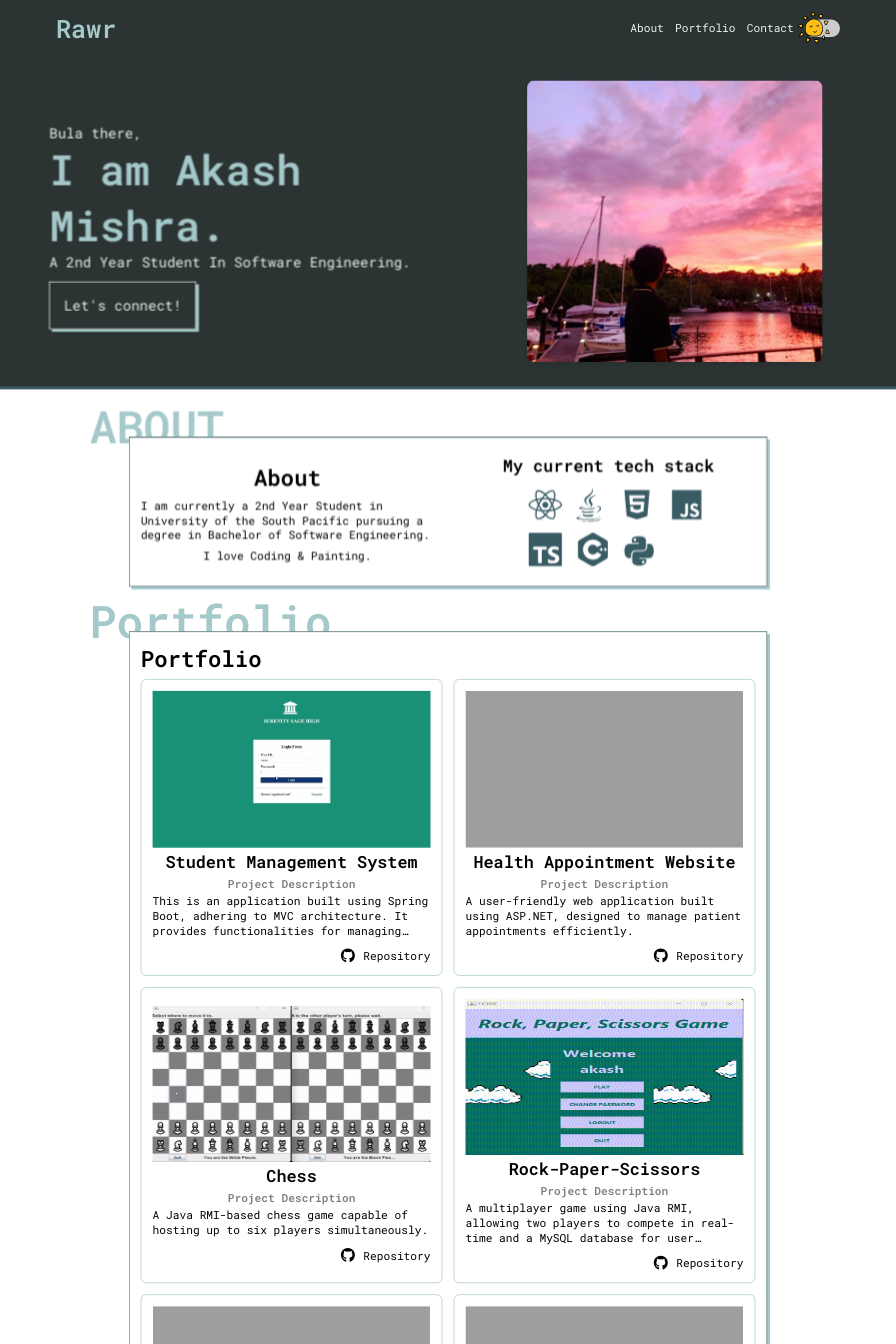
Repository: akashrawr/portfolio
Page: /
These files come from the project's save history. The page is drawn as it stood at one moment and after the next save; the edit follows.
The browser window is 1280 px wide. The pictures show the part of the page from y = 0 to 1920 px (the page is 3217 px tall), at 70% of full size.
Pictures or frames that could not be fetched are drawn as grey boxes. The project was rebuilt for these pictures with package versions that can differ from the ones it lists, and the page was loaded fresh each time.

Above is the page before, as saved 2024-12-12 12:23:16.

### public/index.html
<!DOCTYPE html>
<html lang="en">
  <head>
    <meta charset="utf-8" />
    <link rel="icon" href="%PUBLIC_URL%/favicon.ico" />
    <meta name="viewport" content="width=device-width, initial-scale=1" />
    <meta name="theme-color" content="#000000" />
    <meta
      name="description"
      content="Personal web Portfolio"
    />
    <link rel="apple-touch-icon" href="%PUBLIC_URL%/logo192.png" />
    <!--
      manifest.json provides metadata used when your web app is installed on a
      user's mobile device or desktop. See https://developers.google.com/web/fundamentals/web-app-manifest/
    -->
    <link rel="manifest" href="%PUBLIC_URL%/manifest.json" />
    <!--
      Notice the use of %PUBLIC_URL% in the tags above.
      It will be replaced with the URL of the `public` folder during the build.
      Only files inside the `public` folder can be referenced from the HTML.

      Unlike "/favicon.ico" or "favicon.ico", "%PUBLIC_URL%/favicon.ico" will
      work correctly both with client-side routing and a non-root public URL.
      Learn how to configure a non-root public URL by running `npm run build`.
    -->
    <title>akashrawr</title>
  </head>
  <body>
    <noscript>You need to enable JavaScript to run this app.</noscript>
    <div id="root"></div>
    <!--
      This HTML file is a template.
      If you open it directly in the browser, you will see an empty page.

      You can add webfonts, meta tags, or analytics to this file.
      The build step will place the bundled scripts into the <body> tag.

      To begin the development, run `npm start` or `yarn start`.
      To create a production bundle, use `npm run build` or `yarn build`.
    -->
  </body>
</html>

### src/App.css
@import url("https://fonts.googleapis.com/css2?family=Roboto+Mono:wght@300;400;600&display=swap");

:root {
  --primary-color: #2c3333;
  --secondary-color: #395b64;
  --accent-1: #a5c9ca;
  --accent-2: #e7f6f2;
  --neutral-1: black;
  --neutral-2: white;
  --neutral-3: white;
  --neutral-4: black;
  --icon-1: #395b64;

  --dark-primary-color: #121212;
  --dark-secondary-color: #1f1f1f;
  --dark-accent-1: #6c757d;
  --dark-accent-2: #adb5bd;
  --dark-neutral-1: #ffffff;
  --dark-neutral-2: #121212;
  --dark-neutral-3:#1f1f1f;
  --dark-neutral-4: #938f8f;
  --dark-icon-1: #938f8f;

}

*,
*::after,
*::before {
  margin: 0;
  padding: 0;
  font-family: "Roboto Mono", monospace;
  box-sizing: border-box;


}

html {
  scroll-behavior: smooth;
}

body {
  overflow-x: hidden;
  background-color: var(--neutral-3);
  color: var(--neutral-1);
  font-family: "Roboto Mono", monospace;
}

body.dark-mode {
  --primary-color: var(--dark-primary-color);
  --secondary-color: var(--dark-secondary-color);
  --accent-1: var(--dark-accent-1);
  --accent-2: var(--dark-accent-2);
  --neutral-1: var(--dark-neutral-1);
  --neutral-2: var(--dark-neutral-2);
  --neutral-3: var(--dark-neutral-3);
  --neutral-4: var(--dark-neutral-4);
  --icon-1:var(--dark-icon-1);
}


/* Navbar styles */

header {
  display: flex;
  align-items: center;
  justify-content: center;

  max-width: 100vw;
  background-color: var(--primary-color);
}

a {
  font-size: 14px;
  text-decoration: none;
}

h1 {
  font-family: "Roboto Mono", monospace;
}

.navbar-nav {
  display: flex;
  align-items: center;
  justify-content: space-between;
  background-color: var(--primary-color);
  padding: 1rem;
  width: 90%;
}

.nav-logo {
  grid-column: 1;
}

.nav-logo > h1 {
  font-size: 30px;
  color: var(--accent-1);
}

.primary-nav {
  display: flex;
  list-style: none;
  gap: 16px;

  grid-column: 2;
  justify-self: end;
}

.mobile-nav-toggle {
  display: none;
  cursor: pointer;
}

.nav-link:link,
.nav-link:visited {
  font-size: 16px;
  color: var(--accent-2);

  transition: 300ms ease-in-out;
}

.nav-link:hover {
  font-weight: 600;
  color: var(--accent-1);
}


/* Dark mode toggle button */
.theme-toggle {
  background: none;
  border: none;
  cursor: pointer;
  padding: 8px;
  display: flex;
  align-items: center;
}

.nav-icons {
  --size: 30px;
  width: var(--size);
  aspect-ratio: 1;
  cursor: pointer;
}



@media only screen and (max-width: 35em) {
  .primary-nav {
    position: fixed;
    inset: 0 0 0 0;
    flex-direction: column;

    padding: min(30vh, 6rem) 2rem;
    background-color: var(--primary-color);

    z-index: 9999;

    transform: translateX(100%);
    transition: transform 350ms ease-out;
  }

  .nav-link:link,
  .nav-link:visited {
    font-size: 20px;
    color: var(--accent-1);
  }

  .primary-nav[data-visible="true"] {
    transform: translateX(0%);
  }

  .mobile-nav-toggle[aria-expanded="true"] {
    background: url(mobile-icon-exit.svg) center center no-repeat;
  }

  .mobile-nav-toggle {
    display: block;
    position: absolute;
    background: url(mobile-icon.svg) center center no-repeat;

    width: 1.25rem;
    aspect-ratio: 1;

    border: none;

    top: 1.4rem;
    right: 2.5rem;
    z-index: 10000;

    transition: 250ms ease-in-out;
  }
}

/* Section styles */

section {
  display: flex;
  align-items: center;
  justify-content: center;

  max-width: 100vw;
  position: relative;
}

/* HERO */
/* HERO SECTION */
#hero {
  background-color: var(--primary-color);
  border-bottom: 4px solid var(--secondary-color);
  padding: 2.2rem;
}

/* Main container for text and image */
.hero-main-container {
  display: flex;
  flex-wrap: wrap;
  align-items: center;
  justify-content: space-between;
  gap: 16px;
}

/* Text Container */
.hero-container {
  flex: 1;
  display: flex;
  flex-direction: column;
  gap: 16px;
  padding: 2.2rem;
  width: 90%;
  height: 350px;
  animation: fade-in 500ms linear forwards;
}

.hero-text-container > h2 {
  font-size: 28px;
  color: var(--accent-1);
}

.hero-text-container > p {
  font-size: 12px;
  color: var(--accent-2);
}

.hero-button {
  align-self: flex-start;

  font-size: 14px;
  padding: 1em;

  color: var(--accent-2);
  background-color: transparent;

  border: 1px solid var(--accent-2);
  box-shadow: 4px 4px 0px var(--accent-1);

  transition: 300ms ease-in-out;
}

.hero-button:hover {
  background-color: var(--accent-2);
  color: var(--primary-color);
  box-shadow: 6px 6px 0px var(--secondary-color);
}

/* Image Container */
.hero-img {
  flex: 1;
  display: flex;
  justify-content: center;
  align-items: center;
}

.hero-image {
  max-width: 75%;
  height: auto;
  border-radius: 10px;
  box-shadow: 0 4px 8px rgba(0, 0, 0, 0.1);
}

/* Responsive Styles */
@media screen and (max-width: 768px) {
  .hero-main-container {
    flex-direction: column;
  }

  .hero-img {
    margin-top: 20px;
  }

  .hero-text-container {
    text-align: left;
  }
}
.hero-text-container > h2 {
  font-size: 20px;
  color: var(--accent-1);
}
.project-card > h3 {
  font-size: 12px;
  color: var(--secondary-color);
}

/* ABOUT */

#about {
  padding: 2rem;
  margin-top: 36px;
  animation: fade-in 500ms linear forwards;

}

.wave-asset {
  width: 100%;
  position: absolute;

  top: 0;
  left: 0;
}

.about-container {
  display: flex;
  align-items: center;
  justify-content: center;
  background-color: var(--neutral-2);
  width: 90%;
  z-index: 999;
}

.about-card,
.portfolio-card,
.contact-card {
  display: flex;
  flex-direction: column;
  gap: 16px;
  border: 1px solid var(--secondary-color);
  background-color: var(--neutral-2);

  width: 100%;
  padding: 1rem;

  box-shadow: 4px 4px 0px var(--accent-1);
}

.about-content,
.portfolio-content {
  width: 100%;
  display: flex;
  flex-direction: column;
  gap: 8px;
}

.about-content > h2,
.about-content > h3 {
  color: var(--neutral-4);
}

.about-content > p {
  font-size: 12px;
  color: var(--neutral-4);
}

.tech-stack-grid {
  width: 65%;
  display: grid;
  grid-template-columns: repeat(4, 1fr);
  place-items: center;
}

.tech-stack {
  --size: 30px;
  width: var(--size);
  aspect-ratio: 1;
}

/* Portfolio container */

#portfolio {
  padding: 2rem;
  animation: fade-in 500ms linear forwards;
}

.portfolio-container {
  width: 90%;
  z-index: 999;
}

.project-container {
  display: grid;
  grid-template-columns: repeat(2, 1fr);
  gap: 16px;
}

.portfolio-content > h2 {
  color: var(--neutral-4);
}

.project-card {
  display: flex;
  flex-direction: column;
  gap: 4px;

  padding: 1rem;
  border-radius: 8px;
  border: 1px solid var(--accent-1);
}

.project-card > h3 {
  color: var(--neutral-4);
}

.project-card > h5 {
  color: var(--neutral-4);
  opacity: 0.5;
}

.project-card > p {
  font-size: 12px;
  width: 100%;
  display: -webkit-box;
  -webkit-box-orient: vertical;
  -webkit-line-clamp: 3;
  overflow: hidden;
  color: var(--neutral-4);
}

.project-img {
  width: 100%;
  aspect-ratio: 16/9;
}

.project-card-links {
  align-self: flex-end;

  margin-top: 10px;
  display: flex;
  align-items: center;
  gap: 12px;
}

.project-icons {
  --size: 20px;
  width: var(--size);
  aspect-ratio: 1;
}

.project-card-links > a {
  display: flex;
  align-items: center;
  color: var(--neutral-4);
  font-size: 10px;
  gap: 4px;
}

.project-card-links > a:link,
.project-card-links > a:visited {

  color: var(--neutral-4);
}

.project-card-links > a:hover {
  font-weight: 600;
  color: var(--accent-1);
}

/* CONTACT */
#contact {
  padding: 2rem;
  animation: fade-in 500ms linear forwards;
}

.contact-container {
  width: 90%;
  z-index: 999;
}

.contact-card {
  width: 100%;
  gap: 12px;
}
.contact-card > h2 {
    color: var(--neutral-4);
}

.contact-card > p {
  font-size: 12px;
  color: var(--neutral-4);
}

.contact-links {
  display: flex;
  flex-direction: column;
  gap: 8px;
}

.contact-links > a {
  display: flex;
  align-items: center;
  gap: 8px;
}

.contact-links > a:link,
.contact-links > a:visited {
  color: var(--neutral-4);
}

.contact-links > a:hover {
  font-weight: 600;
  color: var(--accent-1);
}
.contact-icons {
  --size: 20px;
  width: var(--size);
  aspect-ratio: 1;
}

/* extras */
.section-highlight {
  font-size: 4rem;
  font-weight: 600;
  opacity: 0.5;
  color: var(--accent-1);

  position: absolute;
  top: 0;
  left: 100px;
}

/* footer */
footer {
  display: flex;
  align-items: center;
  justify-content: center;
  color: var(--accent-2);
  max-width: 100vw;
  background-color: var(--primary-color);
  min-height: 150px;
}

.footer-content {
  text-align: center;
  font-size: 12px;
  width: 90%;

  color: var(--accent-2);
}

.footer-content > a {
  text-decoration: underline;
}

.footer-content > a:link,
.footer-content > a:visited {
  color: var(--accent-2);
}

.footer-content > a:hover {
  color: var(--accent-1);
}
/* media queries */

@media only screen and (max-width: 35em) {
  .hero-container {
    padding: 1rem;
    height: 200px;
  }
  .project-container {
    grid-template-columns: 1fr;
  }
  .tech-stack-grid {
    width: 100%;
  }
  .section-highlight {
    font-size: 3.5rem;
    top: -16px;
    left: 6vw;
  }
}

@media only screen and (min-width: 35em) {
  .hero-container {
    height: 250px;
  }
  .about-container,
  .portfolio-container,
  .contact-container {
    width: 75%;
  }

  .about-card,
  .portfolio-card {
    align-items: center;
    justify-content: center;
    flex-direction: row;
    gap: 20px;
  }

  .section-highlight {
    top: -26px;
    left: 10vw;
  }
}

@media only screen and (min-width: 768px) {
  .nav-logo > h1 {
    font-size: 36px;
  }

  /* hero */
  .hero-container {
    height: 350px;
  }

  .hero-text-container > p {
    font-size: 20px;
  }

  .hero-text-container > h2 {
    font-size: 60px;
  }

  .hero-button {
    font-size: 20px;
  }

  /* about */
  .about-card {
    gap: 40px;
  }

  .about-content > h2 {
    font-size: 32px;
  }

  .about-content > h3 {
    font-size: 24px;
  }

  .about-content > p {
    font-size: 16px;
  }

  .tech-stack-section {
    align-self: flex-start;
    margin-top: 8px;
  }

  .tech-stack {
    --size: 40px;
    width: var(--size);
    aspect-ratio: 1;
  }

  /* portfolio */
  .portfolio-content > h2 {
    font-size: 32px;
  }

  .project-card > h3 {
    font-size: 24px;
  }

  .project-card > h5,
  .project-card > p {
    font-size: 16px;
  }

  .project-card-links > a {
    font-size: 16px;
  }

  /* contacts */
  .contact-card > h2 {
    font-size: 32px;
  }

  .contact-card > p {
    font-size: 16px;
  }

  .contact-links > a {
    font-size: 16px;
  }
  .footer-content,
  .footer-content > a {
    font-size: 16px;
  }
}

@media only screen and (min-width: 1024px) {
  .section-highlight {
    top: -26px;
    left: 10vw;
  }
}

@keyframes fade-in {
  0% {
    opacity: 0;
  }
  100% {
    opacity: 1;
  }
}

/* Adjust specific sections as needed for React-specific behaviors */
.primary-nav.visible {
  transform: translateX(0%);
}

/* The switch - the box around the slider */
.switch {
  position: relative;
  display: inline-block;
  width: 50px;
  height: 25px;
}

/* Hide default HTML checkbox */
.switch input {
  opacity: 0;
  width: 0;
  height: 0;
}

/* The slider */
.slider {
  position: absolute;
  cursor: pointer;
  top: 0;
  left: 0;
  right: 0;
  bottom: 0;
  background-color: #ccc;
  -webkit-transition: .4s;
  transition: .4s;
  border-radius: 25px; /* Rounded edges for the slider */
  display: flex;

  align-items: center;
}

/* Adjust the icon size to 48x48 pixels */
.slider .icon {
  position: absolute;
  width: 48px;
  height: 48px;
  transition: .4s;
}

/* When the input is checked (dark mode is on) */
input:checked + .slider {
  background-color: #3e4346; /* Change background color on check */
}

input:focus + .slider {
  box-shadow: 0 0 1px #2196F3;
}

/* Move the icons when the input is checked (dark mode) */
input:checked + .slider .icon {
  transform: translateX(20px); /* Move the icon to the right */
}

/* Default state (light mode) */
input:not(:checked) + .slider .icon {
  transform: translateX(-15px) translateY(-2px); /* Icon remains in the default position */
  width: 52px; /* Further reduced icon size for very small screens */
  height: 52px; /* Further reduced icon size for very small screens */
}

.about-icon {
  color: var(--icon-1); /* Change to any shade of blue you prefer */
  font-size: 3rem; /* Adjust size as needed */
  margin: 0.5rem;
}

.project-icons {
  margin-right: 0.5rem; /* Space between icon and text */
  font-size: 1.5rem; /* Adjust icon size */
  color: inherit; /* Match the color of the link */
}

.contact-icons {
  margin-right: 0.5rem; /* Space between icon and text */
  font-size: 1.5rem; /* Adjust icon size */
  color: var(--icon-1);
}

Loaded but not shown: src/index.js (common file); src/index.css (common file); src/reportWebVitals.js (common file); src/App.js (429 lines, source omitted)

After the next save:
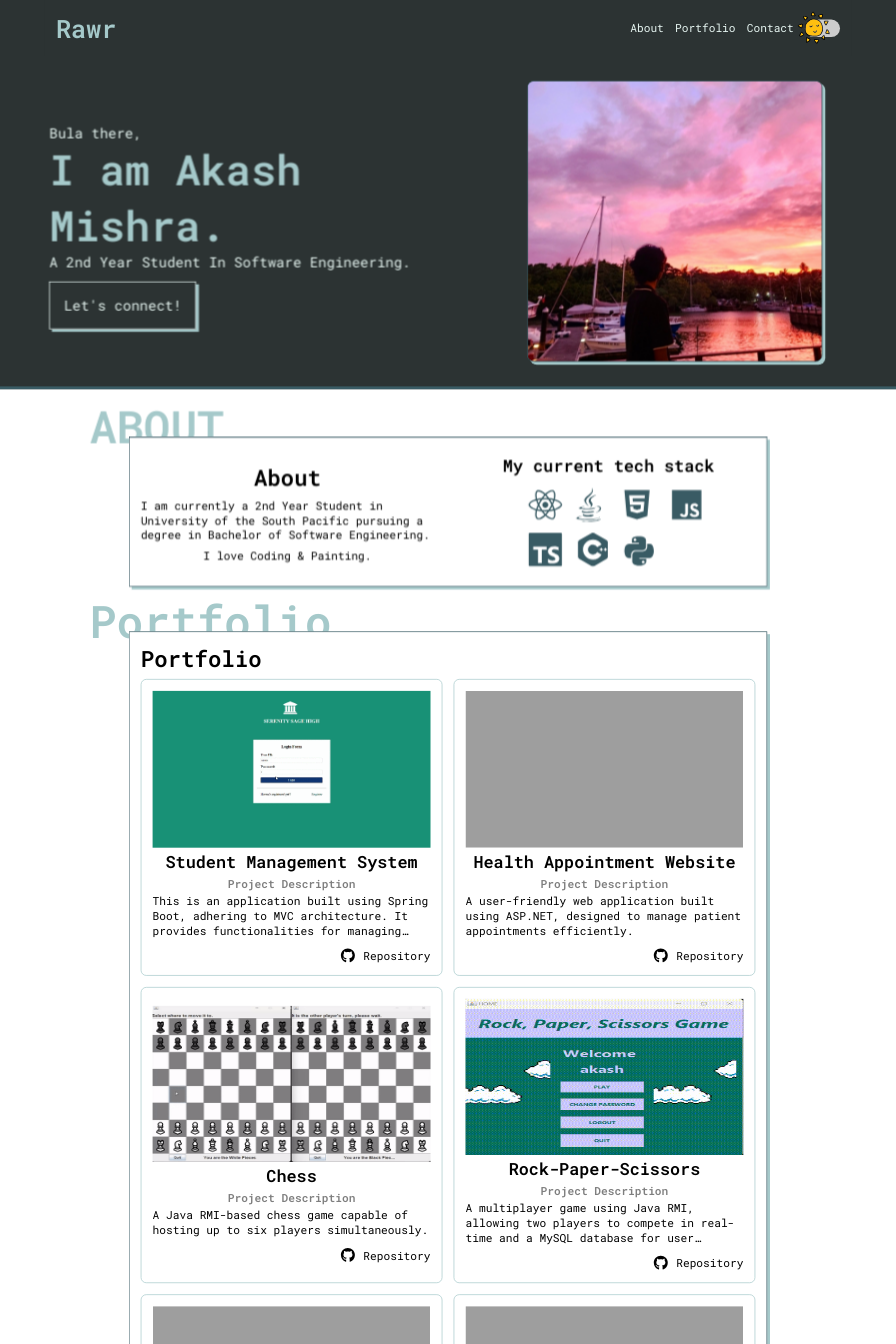
Saved 19 s later.
--- a/src/App.css
+++ b/src/App.css
@@ -274,7 +274,15 @@ section {
   height: auto;
   border-radius: 10px;
   box-shadow: 0 4px 8px rgba(0, 0, 0, 0.1);
-}
+  border: 1px solid var(--secondary-color);
+  background-color: var(--neutral-2);
+
+  width: 100%;
+
+
+  box-shadow: 4px 4px 0px var(--accent-1);
+}
+
 
 /* Responsive Styles */
 @media screen and (max-width: 768px) {
